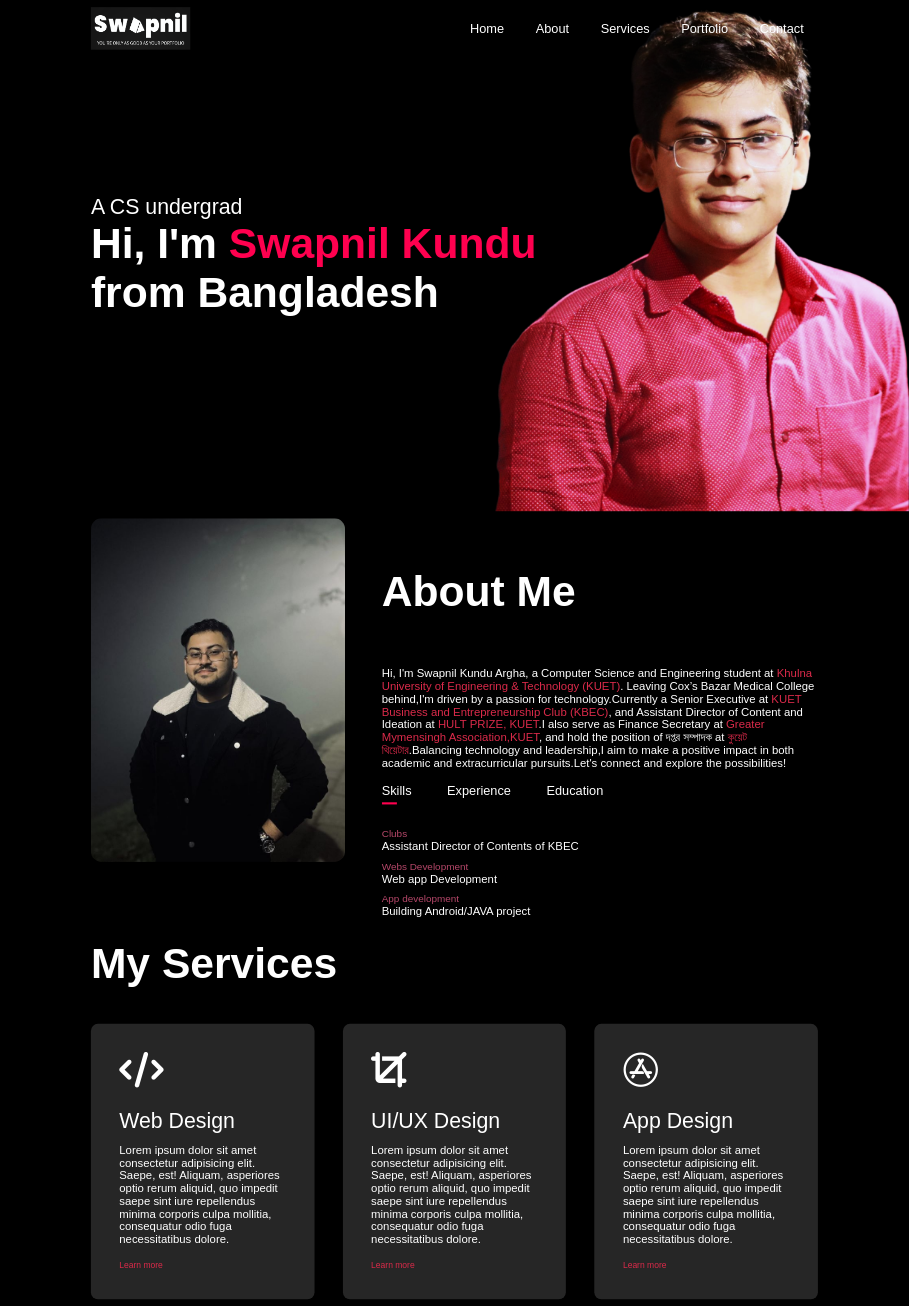
Repository: SwapnilKundu/portfolio
Page: index.html
An editor plug-in stored every save of this project. The page is shown before and after a run of saves, followed by the edit.
The browser window is 1280 px wide. The pictures show the whole page, at 71% of full size.
The pointer rests on the first visible `.services-list div`.
Some web libraries are served in a nearby version.

Above is the page before, as saved 2024-01-20 10:22:26.

After the next 6 saves:
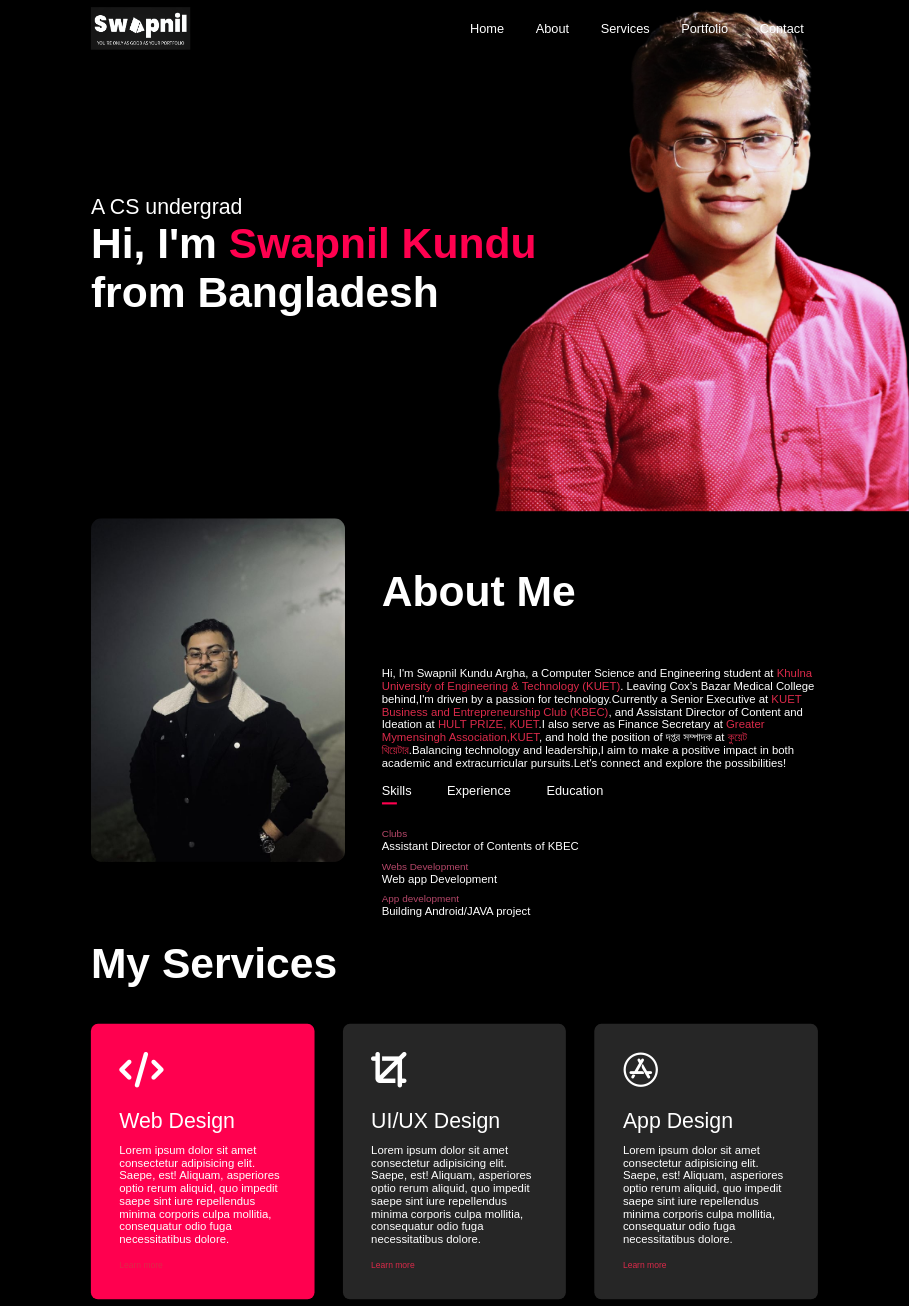
The 6 saves are shown as one change because they came seconds apart.
The last was saved 12 s later.
--- a/style.css
+++ b/style.css
@@ -209,5 +209,6 @@ nav ul li a:hover::after
 }
 .services-list div:hover
 {
-
-}
+    background:#ff004f;
+
+}
